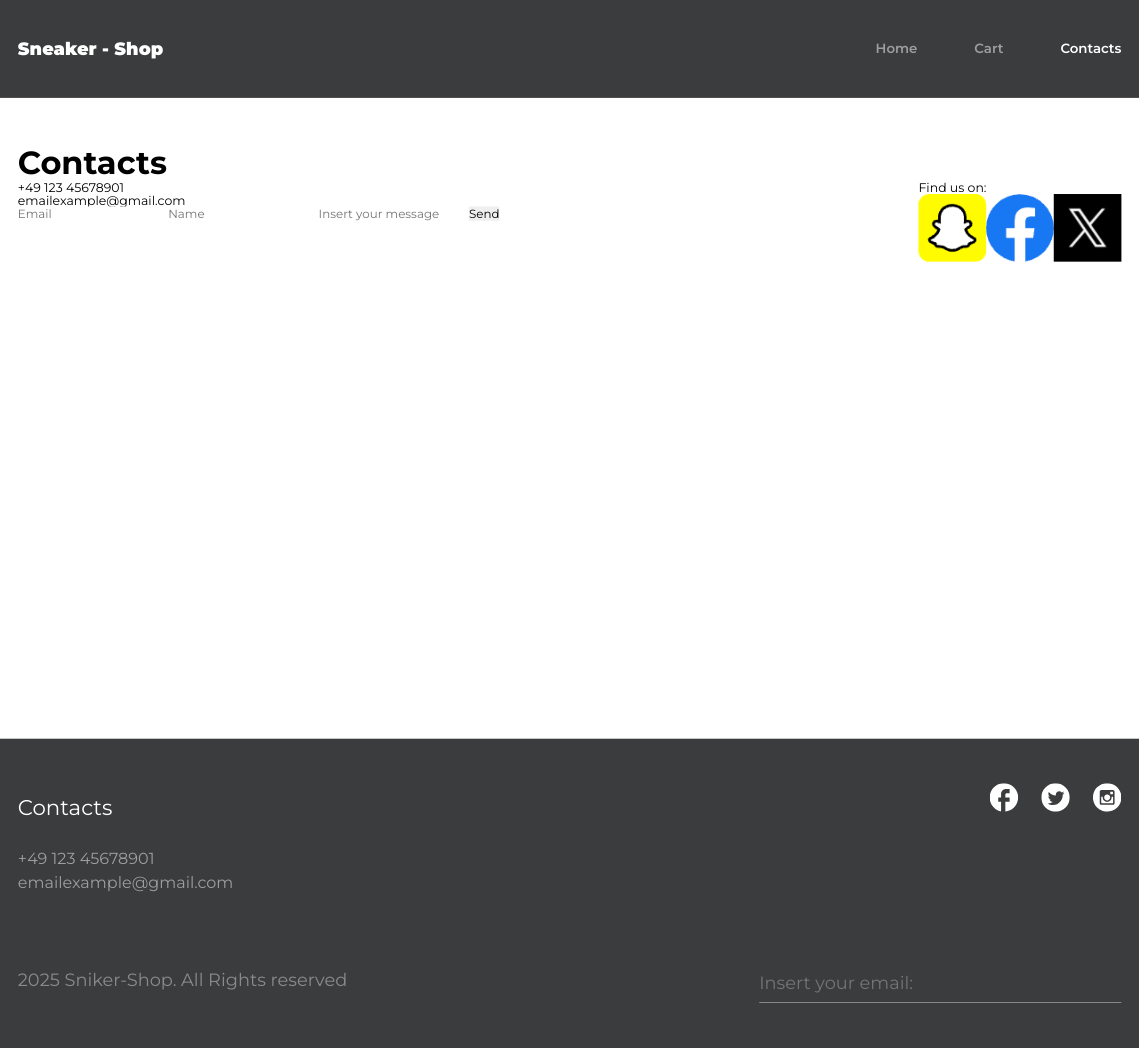
Repository: IstratiiNik/sneaker-shop
Page: /contacts
The author's editor kept a copy of each file at every save. The page is drawn from the files as they stood at one save, then again after the next save.
The browser window is 1280 px wide. The pictures show the whole page, at 89% of full size.
The page's requests for data from a server got no answer. The project was rebuilt for these pictures with package versions that can differ from the ones it lists, and the page was loaded fresh each time. No one was signed in, and anything a server would have sent is missing. Also part of the build but not shown: vite.config.js, src/components/News/News.module.scss, src/components/News/News.jsx, src/components/ProductCard/ProductCard.module.scss, src/components/ProductCard/ProductCard.jsx, src/components/Main/Main.module.scss, src/components/Main/Main.jsx, src/components/CartCard/CartCard.module.scss and 3 more.

Above is the page before, as saved 2025-07-03 11:23:45.

After the next save:
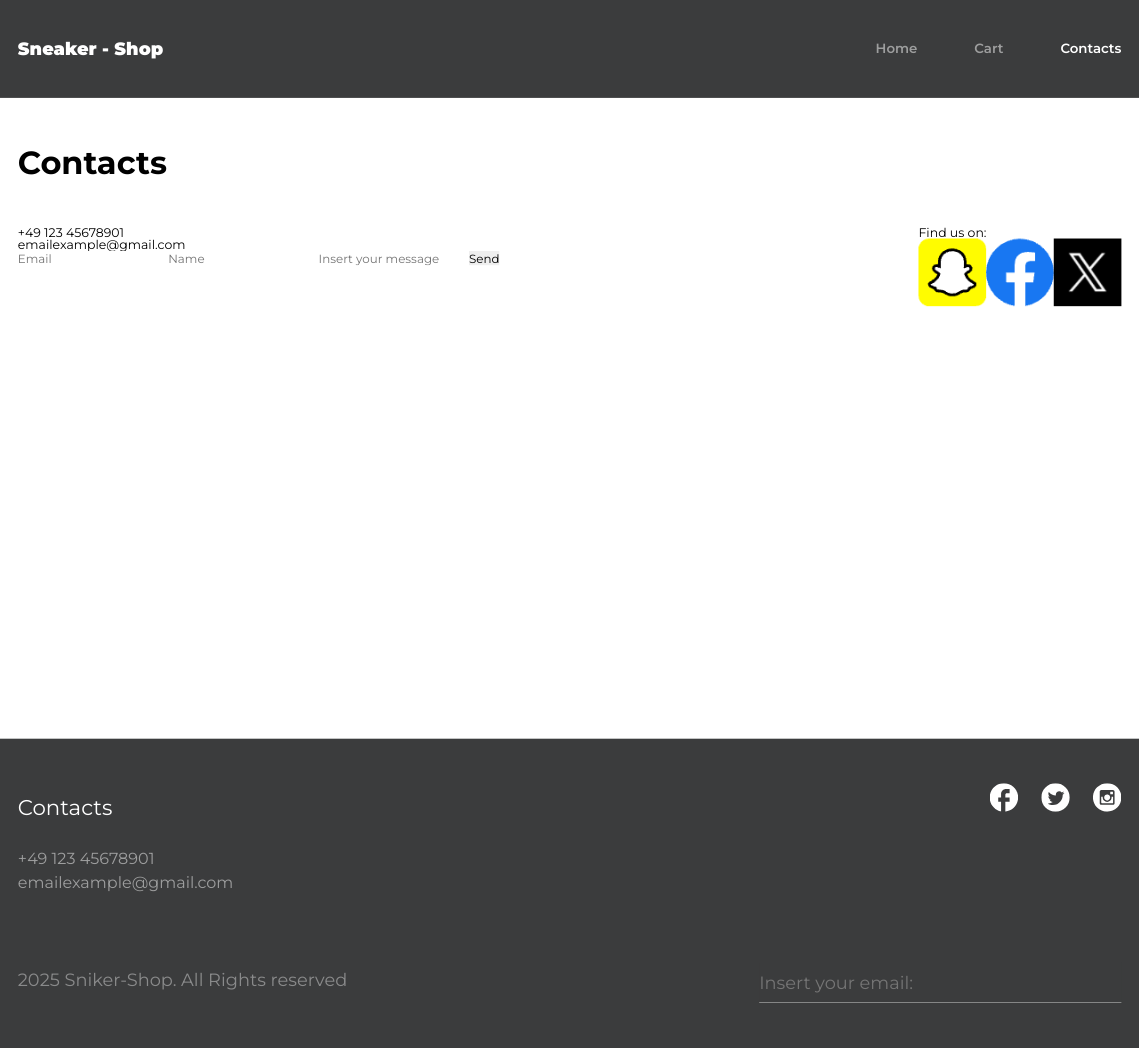
Saved 4 s later.
--- a/src/components/Contacts/Contacts.module.scss
+++ b/src/components/Contacts/Contacts.module.scss
@@ -8,7 +8,7 @@
     font-size: 36px;
     font-weight: 700;
     line-height: 44px;
-	 margin-bottom: 50;
+	 margin-bottom: 50px;
   }
 }
 
